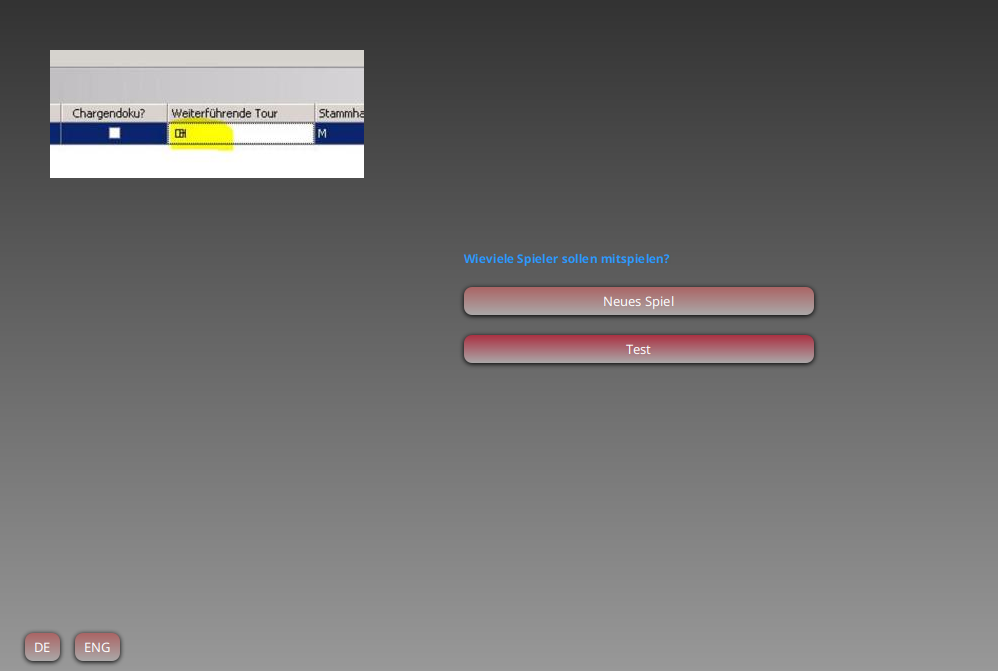
Repository: berger-designz/MenschAergereDichNicht
Program's window: java MenschAergereDichNicht/src/Game_GUI/GUI_Primary.java
The author's editor kept a copy of each file at every save. The program's window is drawn from the files as they stood at one save, then again after the next save.
It runs on Java 21 on a 1366 x 768 screen with JavaFX 11; the title bar is not drawn. It also reads MenschAergereDichNicht/src/style/test_pic_1.jpg.

Above is the program's window before, as saved 2016-05-25 13:52:34.

After the next save:
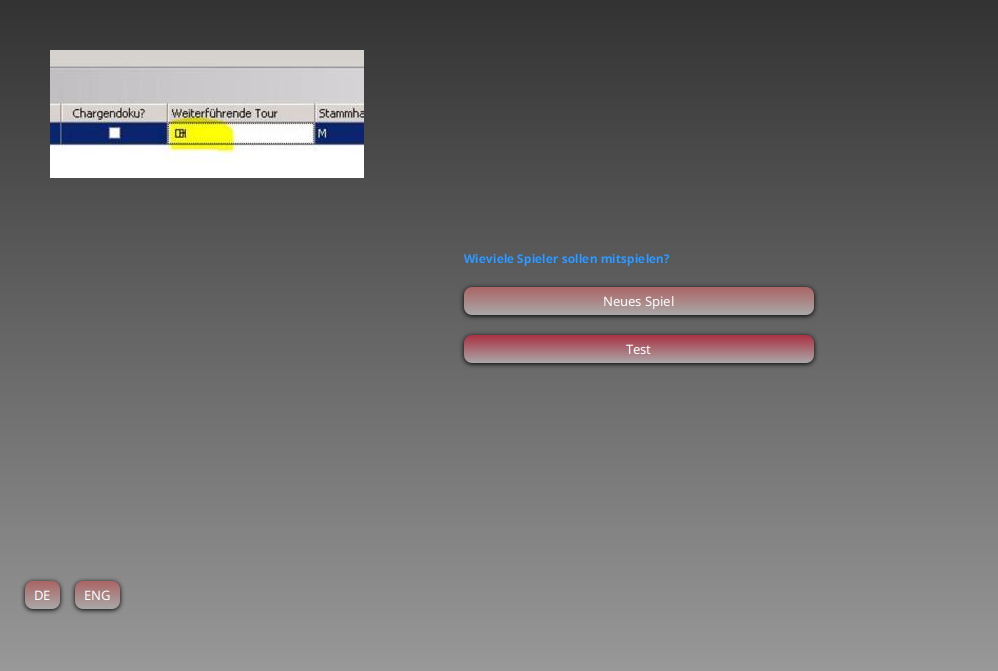
Saved 3 min 14 s later.
--- a/MenschAergereDichNicht/src/Game_GUI/GUI_Primary.java
+++ b/MenschAergereDichNicht/src/Game_GUI/GUI_Primary.java
@@ -92,6 +92,7 @@
 		hbox_bottom.setSpacing(5);
 		hbox_bottom.setPadding(new Insets(10, 10, 10, 10));
 		hbox_bottom.setSpacing(15);
+		hbox_bottom.setPrefHeight(100);
 
 		HBox hbox_left = new HBox();
 		hbox_left.getChildren().addAll(imgView1);
